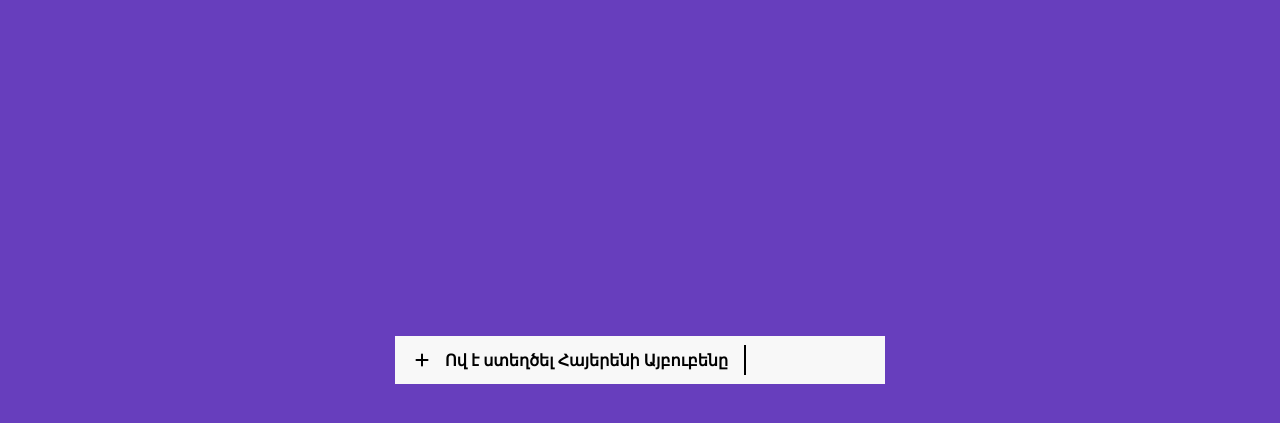
Repository: vardgeshakobyann/Accordion-ReactJS
Page: /
An editor plug-in stored every save of this project. The page is shown before and after a run of saves, followed by the edit.
The browser window is 1280 px wide. The pictures show the whole page.
The project was rebuilt for these pictures with package versions that can differ from the ones it lists, and the page was loaded fresh each time.

Above is the page before, as saved 2025-06-11 09:23:42.

### public/index.html
<!DOCTYPE html>
<html lang="en">
  <head>
    <meta charset="utf-8" />
    <link rel="icon" href="%PUBLIC_URL%/favicon.ico" />
    <meta name="viewport" content="width=device-width, initial-scale=1" />
    <meta name="theme-color" content="#000000" />
    <meta
      name="description"
      content="Web site created using create-react-app"
    />
    <link rel="apple-touch-icon" href="%PUBLIC_URL%/logo192.png" />
    <!--
      manifest.json provides metadata used when your web app is installed on a
      user's mobile device or desktop. See https://developers.google.com/web/fundamentals/web-app-manifest/
    -->
    <link rel="manifest" href="%PUBLIC_URL%/manifest.json" />
    <!--
      Notice the use of %PUBLIC_URL% in the tags above.
      It will be replaced with the URL of the `public` folder during the build.
      Only files inside the `public` folder can be referenced from the HTML.

      Unlike "/favicon.ico" or "favicon.ico", "%PUBLIC_URL%/favicon.ico" will
      work correctly both with client-side routing and a non-root public URL.
      Learn how to configure a non-root public URL by running `npm run build`.
    -->
      <link rel="stylesheet" href="https://cdnjs.cloudflare.com/ajax/libs/font-awesome/6.7.2/css/all.min.css" integrity="sha512-Evv84Mr4kqVGRNSgIGL/F/aIDqQb7xQ2vcrdIwxfjThSH8CSR7PBEakCr51Ck+w+/U6swU2Im1vVX0SVk9ABhg==" crossorigin="anonymous" referrerpolicy="no-referrer" />
    <title>React App</title>
  </head>
  <body>
    <noscript>You need to enable JavaScript to run this app.</noscript>
    <div id="root"></div>
    <!--
      This HTML file is a template.
      If you open it directly in the browser, you will see an empty page.

      You can add webfonts, meta tags, or analytics to this file.
      The build step will place the bundled scripts into the <body> tag.

      To begin the development, run `npm start` or `yarn start`.
      To create a production bundle, use `npm run build` or `yarn build`.
    -->
  </body>
</html>

### src/index.js
import ReactDOM from 'react-dom/client';
import './index.css';
import App from './App';

const root = ReactDOM.createRoot(document.getElementById('root'));
root.render(<App />);

### src/index.css
* {
  margin: 0;
  padding: 0;
  box-sizing: border-box;
}

body {
  margin: 0;
  font-family: -apple-system, BlinkMacSystemFont, 'Segoe UI', 'Roboto', 'Oxygen',
    'Ubuntu', 'Cantarell', 'Fira Sans', 'Droid Sans', 'Helvetica Neue',
    sans-serif;
  -webkit-font-smoothing: antialiased;
  -moz-osx-font-smoothing: grayscale;
  background: #673EBD;
}

code {
  font-family: source-code-pro, Menlo, Monaco, Consolas, 'Courier New',
    monospace;
}

### src/App.js
import './App.css';
import Accordion from './components/Accordion/Accordion';

function App() {
  return (
    <div className="App">
      <Accordion />
    </div>
  );
}

export default App;

### src/App.css
.App {
  width: 100%;
  height: 100vh;
  display: flex;
  justify-content: center;
  align-items: center;
}

### src/components/Accordion/Accordion.jsx
import './accordion.css';
import { data } from '../../DB';
import AccordionItem from '../AccordionItem/AccordionItem';

const Accordion = () => {
    return (
        <div className="accordion">
            {
                data.map((el) => {
                    return (
                        <AccordionItem
                            key={el.id}
                            question={el.question}
                        />
                    )
                })
            }
        </div>
    )
}

export default Accordion;

### src/components/Accordion/accordion.css
.accordion {
    width: 490px;
    border-radius: 4px;
}

### src/DB.js
export const data = [
    {
        id: 1,
        question: "Ով է ստեղծել Հայերենի Այբուբենը",
        answer: "Մեսրոպ Մաշտոցը 405թ -ին 5րդ դարում",
        isComplited: false,
        open: false
    }
];

### src/components/AccordionItem/AccordionItem.jsx
import './accordionItem.css';

const AccordionItem = ({question}) => {
    return (
        <div className="accordionItem">
            <div className="header">
                <div className="leftBlock">
                    <i className="fa-solid fa-plus"></i>
                    <p>{question}</p>
                </div>
                <div className="rightBlock"></div>
            </div>
        </div>
    )
}

export default AccordionItem;

### src/components/AccordionItem/accordionItem.css
.accordionItem {
    width: 100%;
}

.accordionItem .header {
    width: 100%;
    height: 48px;
    background: #F8F8F8;
    padding: 10px;
    display: flex;
    justify-content: space-between;
    align-items: center;
}

.accordionItem .header .leftBlock {
    display: flex;
    justify-content: center;
    align-items: center;
    gap: 16px;
    padding: 10px;
}

.accordionItem .header .leftBlock p {
    font-weight: 600;
    font-size: 16px;
}

.accordionItem .header .leftBlock::after {
    content: "";
    display: block;
    width: 2px;
    height: 30px;
    background: #000;
}

After the next 4 saves:
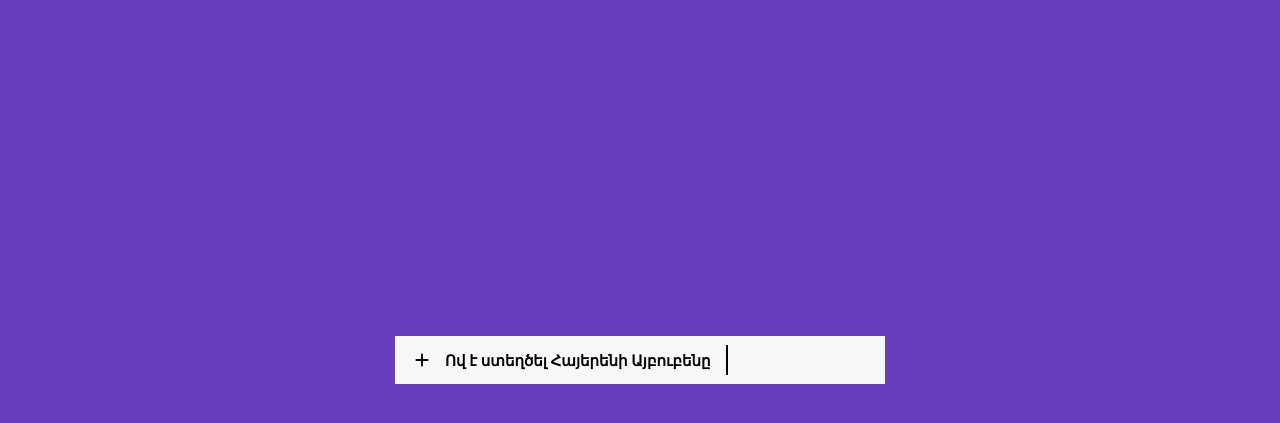
The 4 saves are shown as one change because they came seconds apart.
The last was saved 13 s later.
--- a/src/components/AccordionItem/accordionItem.css
+++ b/src/components/AccordionItem/accordionItem.css
@@ -22,7 +22,7 @@
 
 .accordionItem .header .leftBlock p {
     font-weight: 600;
-    font-size: 16px;
+    font-size: 15px;
 }
 
 .accordionItem .header .leftBlock::after {
